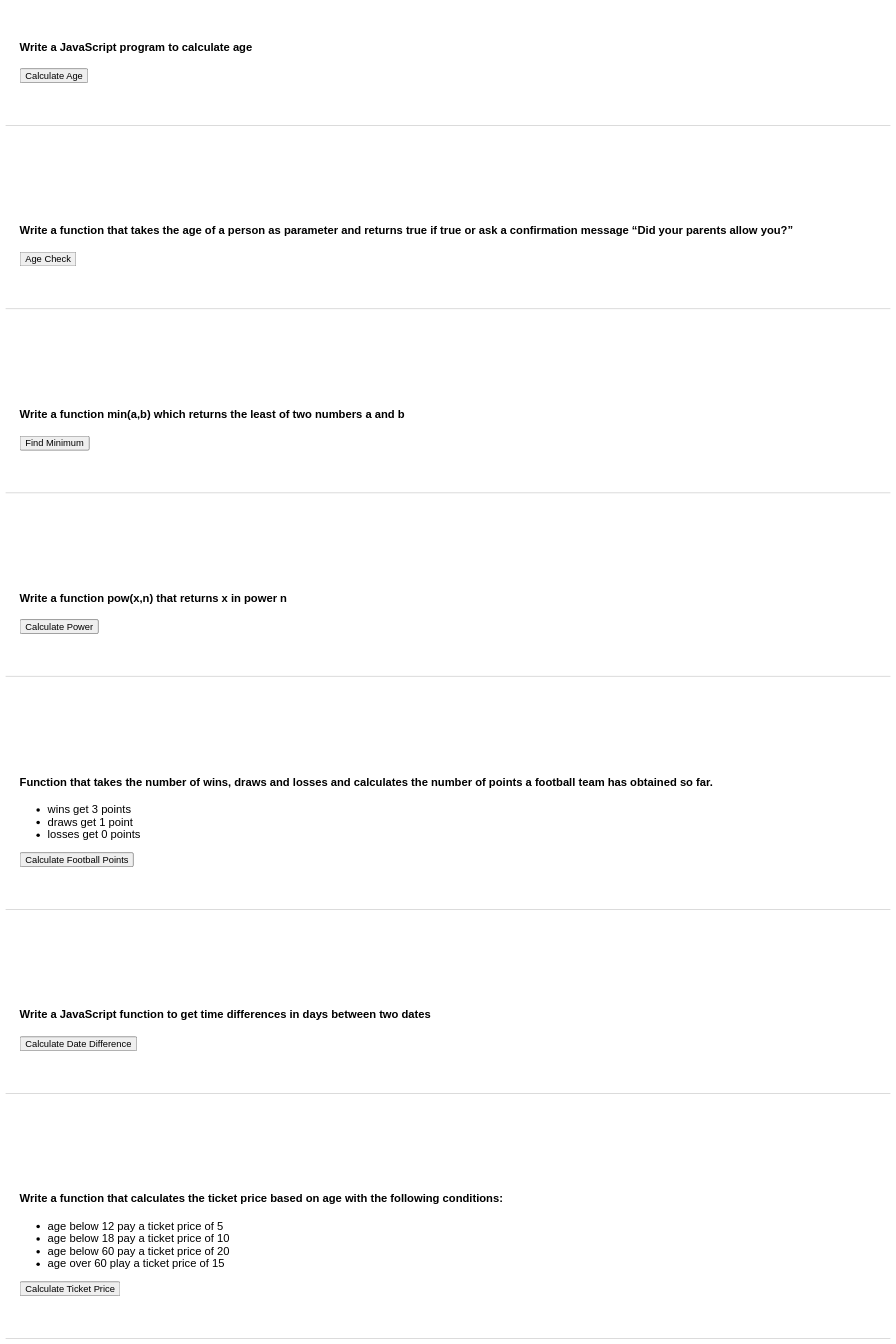
Repository: JoshuaTimothyFelix/fullstack-practice-projects
Page: JavaScript-practice/JScriptPractice.html
The author's editor kept a copy of each file at every save. The page is drawn from the files as they stood at one save, then again after the next save.
The browser window is 1280 px wide. The pictures show the part of the page from y = 2732 to 4652 px (the page is 4652 px tall before and 4649 px after), at 70% of full size.
After loading, the first visible `#dateDifference` was clicked once.

Above is the page before, as saved 2024-07-31 10:05:31.
Console error: TypeError: Cannot set properties of null (setting 'textContent')

After the next save:
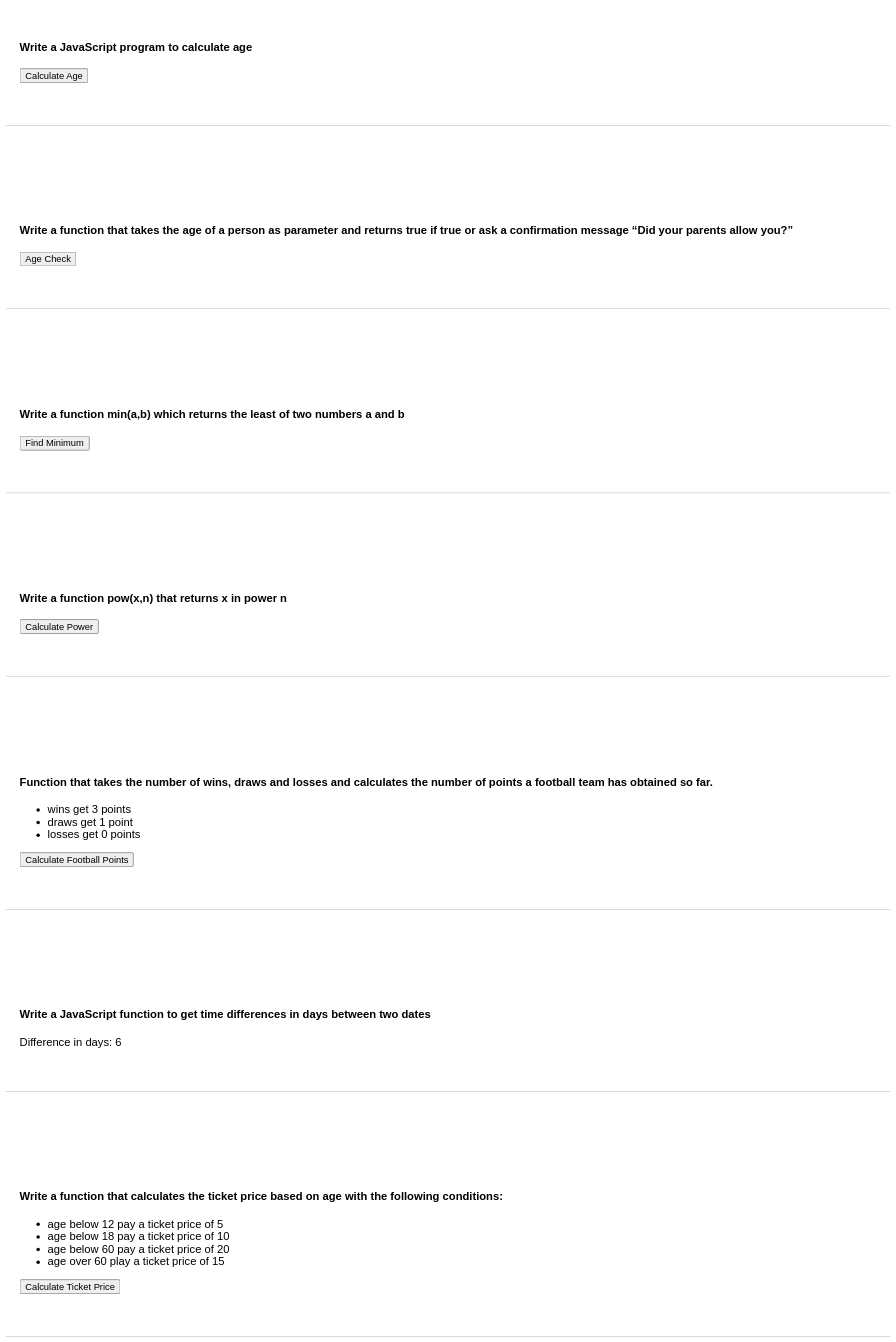
The error is gone.
Saved 20 s later.
--- a/JavaScript-practice/Scripts/dateDifference.js
+++ b/JavaScript-practice/Scripts/dateDifference.js
@@ -6,5 +6,5 @@ document.getElementById('dateDifference').addEventListener('click', function() {
 
     const dt1 = new Date("October 13, 2014 08:11:00");
     const dt2 = new Date("October 19, 2014 11:13:00");
-    document.getElementById('output').textContent = 'Difference in days: ' + diff_days(dt1, dt2);
+    document.getElementById('output16').textContent = 'Difference in days: ' + diff_days(dt1, dt2);
 });
